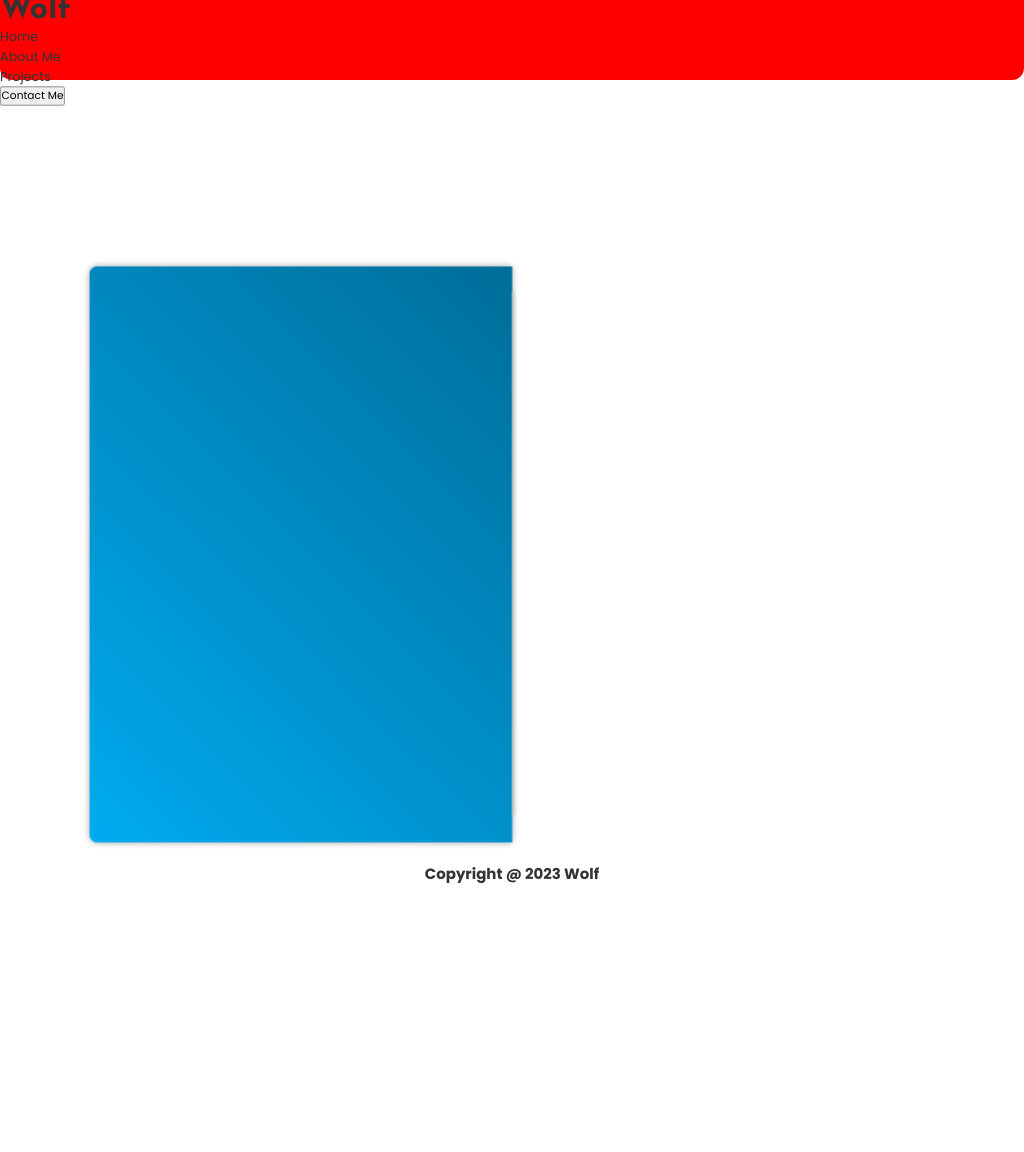
Repository: Ego-Wolf/Portfolio
Page: index.html
The author's editor kept a copy of each file at every save. The page is drawn from the files as they stood at one save, then again after a run of saves.
The browser window is 1280 px wide. The pictures show the whole page, at 80% of full size.
Pictures or frames that could not be fetched are drawn as grey boxes.

Above is the page before, as saved 2023-12-14 16:23:04.

After the next 4 saves:
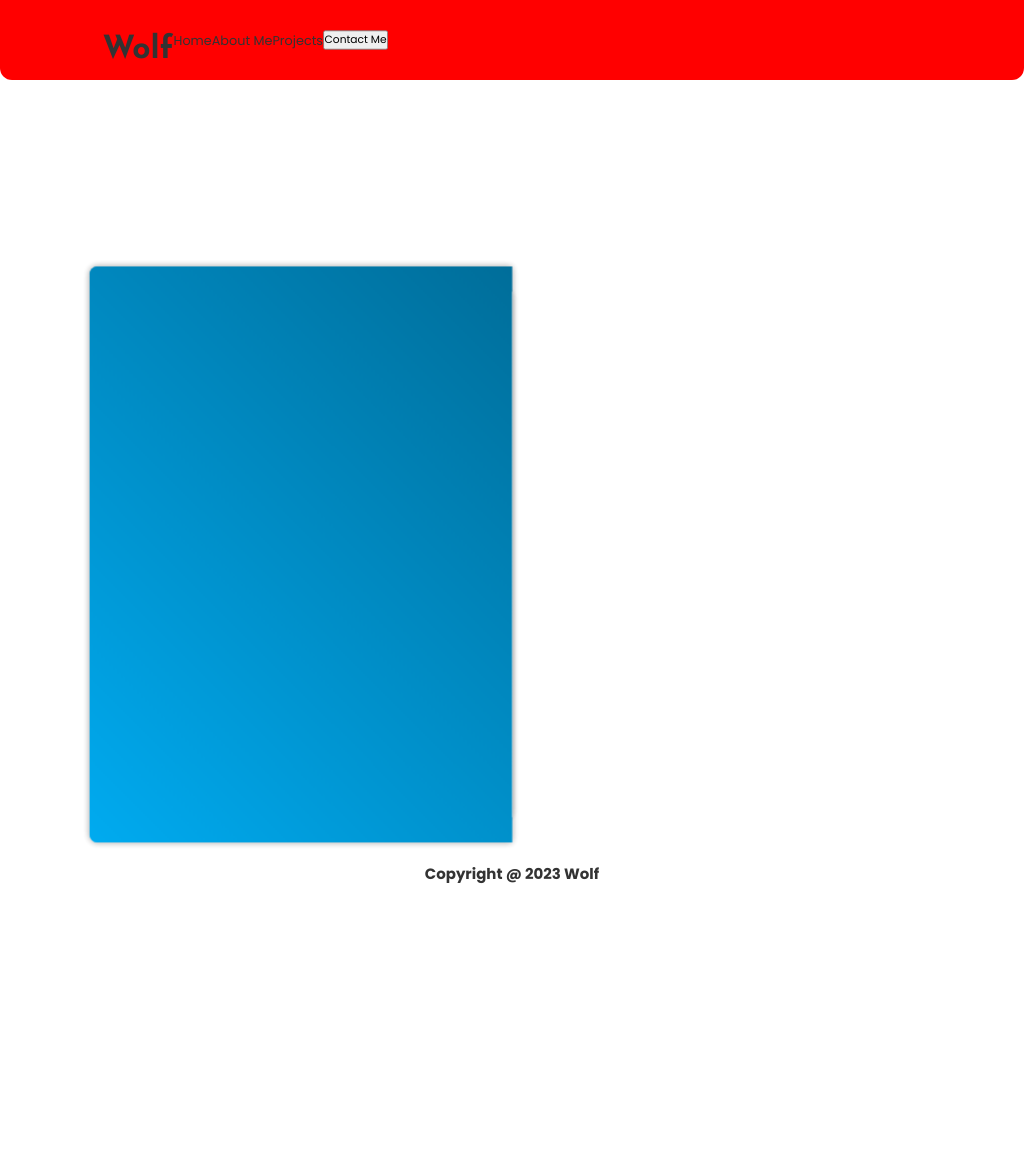
The 4 saves are shown as one change because they came seconds apart.
The last was saved 30 s later.
--- a/style.css
+++ b/style.css
@@ -40,8 +40,6 @@
 
 .header {
     display: flex;
-    /* justify-content: center; */
-    align-items: center;
     position: fixed;
     top: 0px;
     left: 0px;
@@ -56,9 +54,9 @@
 
 .header ul {
     width: 80%;
-    /* display: flex;
+    display: flex;
     margin: 0 auto;
-    align-items: center; */
+    align-items: center;
 }
 
 
